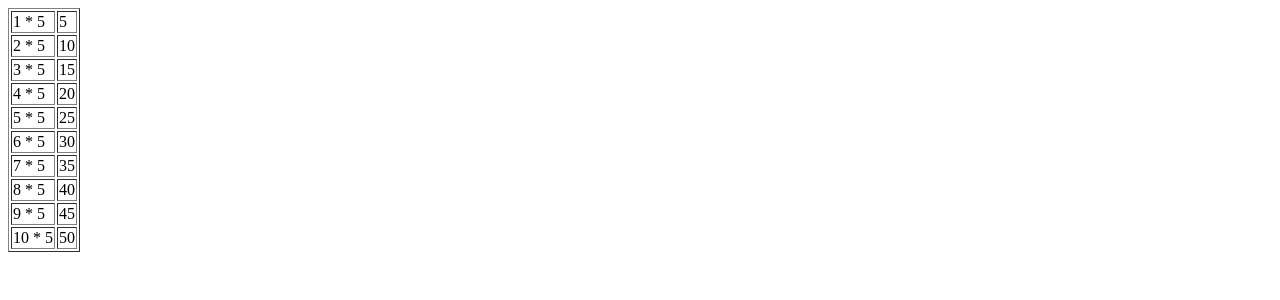
Repository: pedroblanch/ejerciciosPhp2021-2022
Page: http://localhost/tabla_multiplicar_3.php
The author's editor kept a copy of each file at every save. The page is drawn from the files as they stood at one save, then again after the next save.
The browser window is 1280 px wide. The pictures show the whole page.
The page is run by PHP 8.4 with error messages shown; the project is at /var/www/html/.

Above is the page before, as saved 2021-12-17 12:33:49.

### ejerciciosBasicos/tabla_multiplicar_3.php
<table border=1>
<?php
for($i=1;$i<=10;$i++){
  $resultado=$i*5;
  echo("<tr><td>$i * 5</td><td>$resultado</td></tr>");
}
?>
</table>

After the next save:
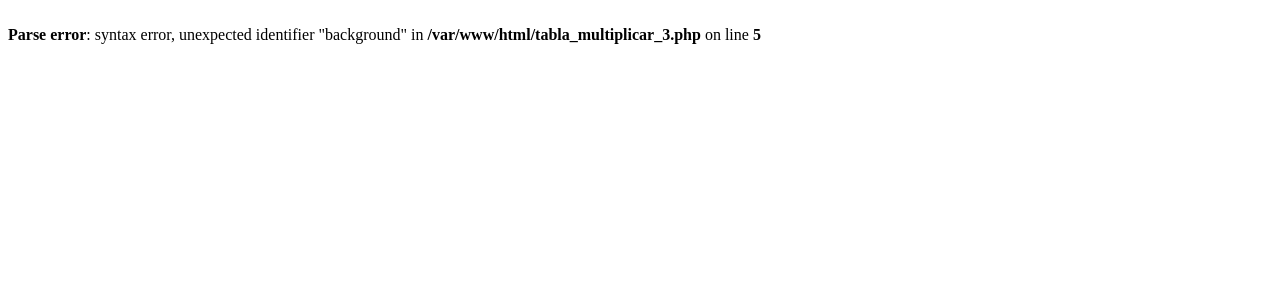
Saved 112 s later.
--- a/ejerciciosBasicos/tabla_multiplicar_3.php
+++ b/ejerciciosBasicos/tabla_multiplicar_3.php
@@ -2,7 +2,7 @@
 <?php
 for($i=1;$i<=10;$i++){
   $resultado=$i*5;
-  echo("<tr><td>$i * 5</td><td>$resultado</td></tr>");
+  echo("<tr style="background-color:#FF0000"><td>$i * 5</td><td>$resultado</td></tr>");
 }
 ?>
 </table>

After the save that followed:
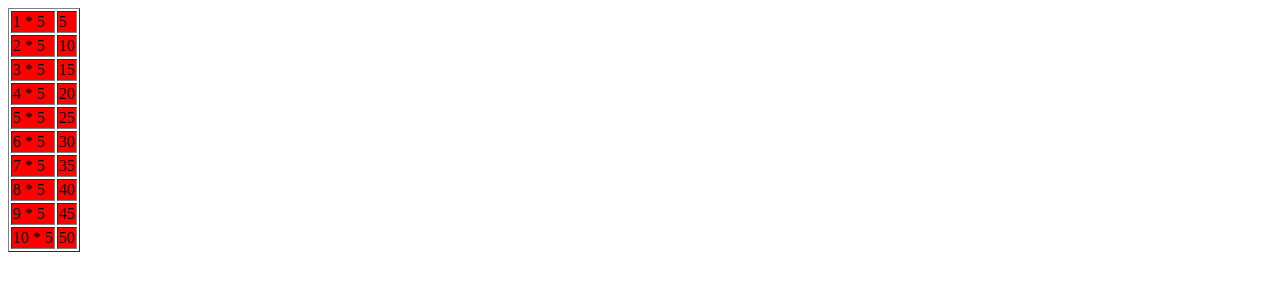
Saved 19 s later.
--- a/ejerciciosBasicos/tabla_multiplicar_3.php
+++ b/ejerciciosBasicos/tabla_multiplicar_3.php
@@ -2,7 +2,7 @@
 <?php
 for($i=1;$i<=10;$i++){
   $resultado=$i*5;
-  echo("<tr style="background-color:#FF0000"><td>$i * 5</td><td>$resultado</td></tr>");
+  echo("<tr style='background-color:#FF0000'><td>$i * 5</td><td>$resultado</td></tr>");
 }
 ?>
 </table>
